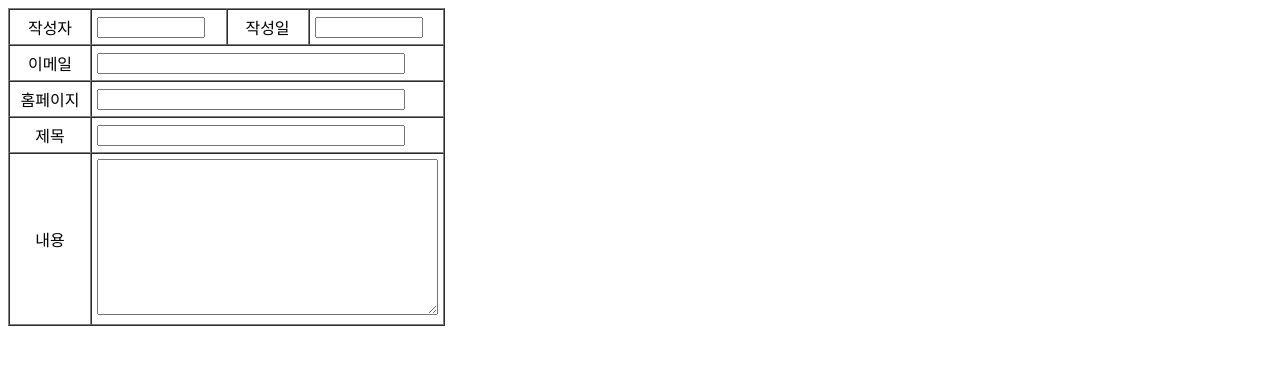
Repository: kimsuel/java-ee-practice
Page: guestbookservlet/WebContent/guestbook/guestbookList.html
These files come from the project's save history. The page is drawn as it stood at one moment and after the next save; the edit follows.
The browser window is 1280 px wide. The pictures show the whole page.

Above is the page before, as saved 2018-06-20 07:43:04.

After the next save:
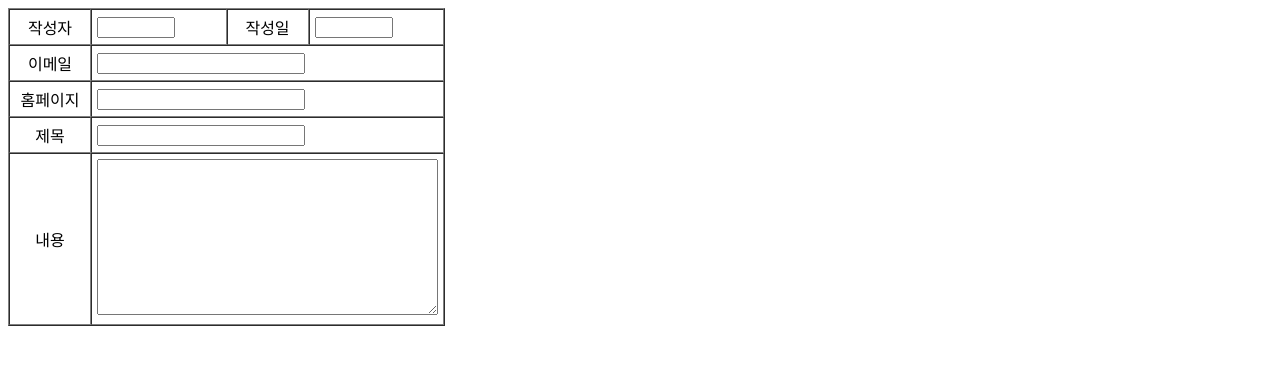
Saved 8 s later.
--- a/guestbookservlet/WebContent/guestbook/guestbookList.html
+++ b/guestbookservlet/WebContent/guestbook/guestbookList.html
@@ -8,21 +8,21 @@
 	<table border="1" cellpadding="5" cellspacing="0">
 			<tr>
 				<td width="70" align="center">작성자</td>
-				<td><input type="text" name="email" style="width:100px"></td>
+				<td><input type="text" name="email" style="width:70px"></td>
 				<td width="70" align="center">작성일</td>
-				<td><input type="text" name="email" style="width:100px"></td>
+				<td><input type="text" name="email" style="width:70px"></td>
 			</tr>
 			<tr>
 				<td align="center">이메일</td>
-				<td colspan="3"><input type="text" name="email" style="width:300px"></td>
+				<td colspan="3"><input type="text" name="email" style="width:200px"></td>
 			</tr>
 			<tr>
 				<td align="center">홈페이지</td>
-				<td colspan="3"><input type="text" name="homepage" style="width: 300px"></td>
+				<td colspan="3"><input type="text" name="homepage" style="width: 200px"></td>
 			</tr>
 			<tr>
 				<td align="center">제목</td>
-				<td colspan="3"><input type="text" name="subject" style="width: 300px"></td>
+				<td colspan="3"><input type="text" name="subject" style="width: 200px"></td>
 			</tr>
 			<tr>
 				<td align="center">내용</td>
